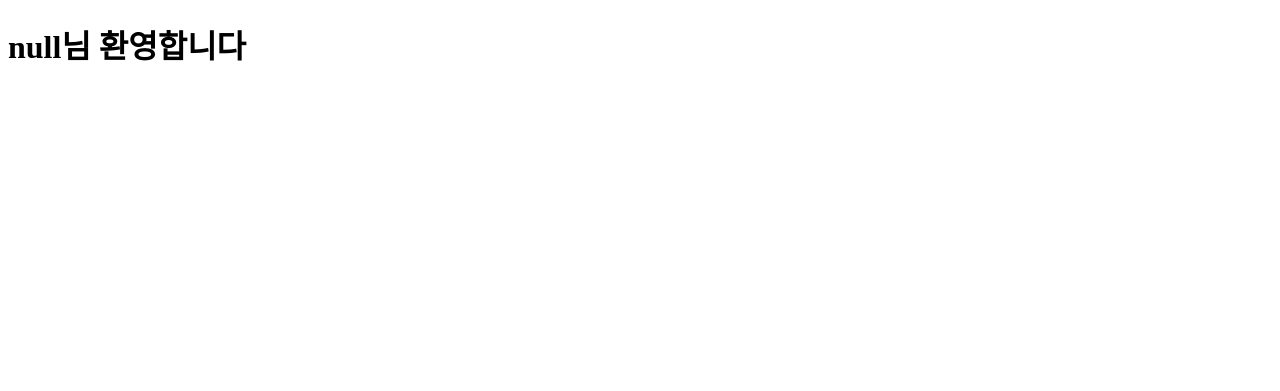
Repository: HwangEojin/homework
Page: http://localhost/day04_mybatis/result.jsp
These files come from the project's save history. The page is drawn as it stood at one moment and after the next save; the edit follows.
The browser window is 1280 px wide. The pictures show the whole page.
The page is served by Tomcat 9.

Above is the page before, as saved 2025-01-15 02:38:56.

After the next save:
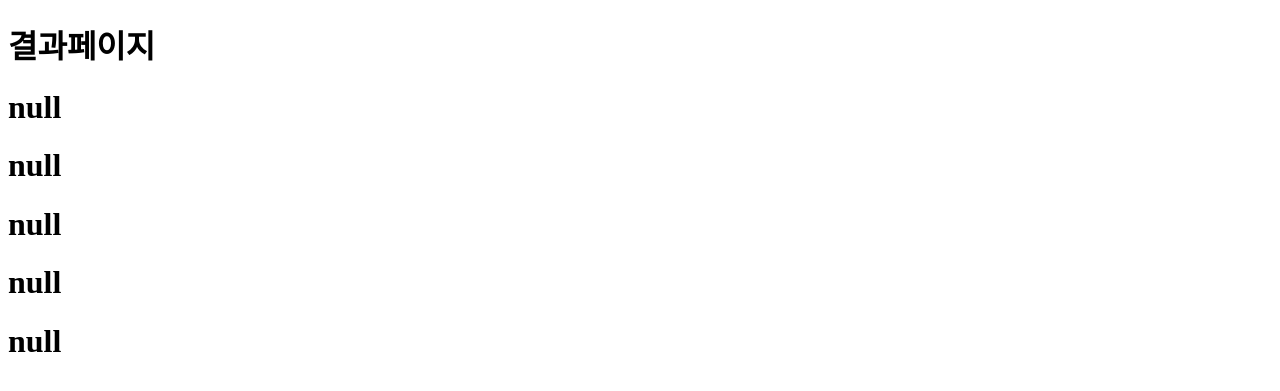
Saved 23 s later.
--- a/week09/day04_mybatis/src/main/webapp/result.jsp
+++ b/week09/day04_mybatis/src/main/webapp/result.jsp
@@ -7,7 +7,11 @@
 <title>Insert title here</title>
 </head>
 <body>
-   <h1><%=request.getAttribute("userId") + "님 환영합니다"%></h1>
-
+   <h1>결과페이지</h1>
+   <h1><%= request.getAttribute("userId") %></h1>
+   <h1><%= request.getAttribute("userPw") %></h1>
+   <h1><%= request.getAttribute("userName") %></h1>
+   <h1><%= request.getAttribute("userAge") %></h1>
+   <h1><%= request.getAttribute("userGender") %></h1>
 </body>
 </html>
